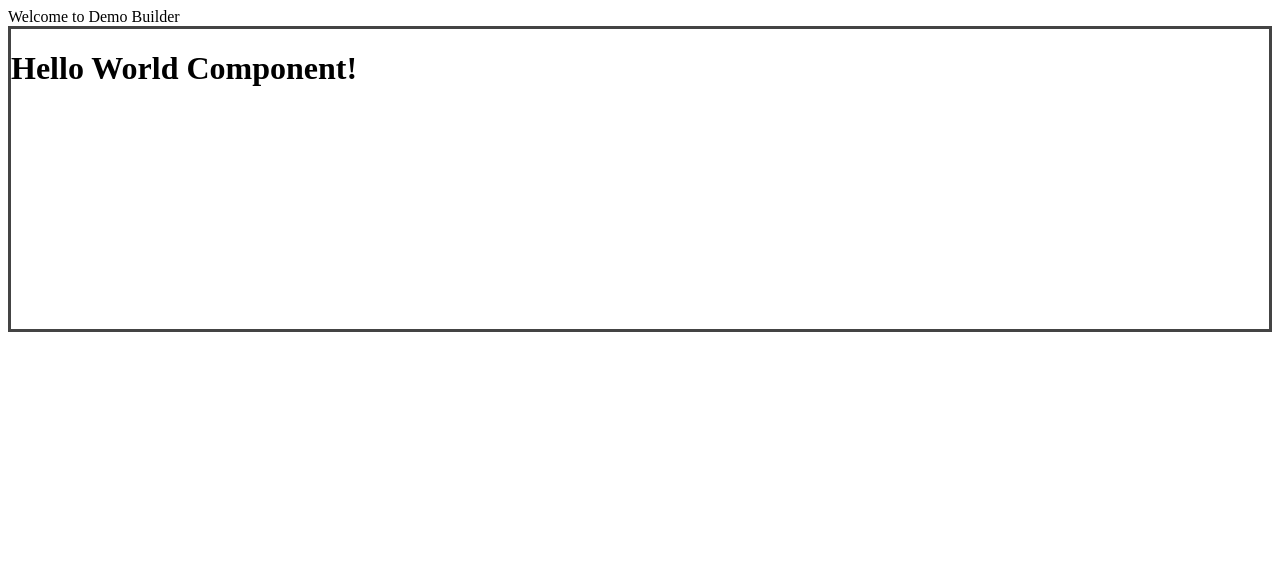
Repository: adityakulkarni000/DemoBuilder
Page: index.html
The author's editor kept a copy of each file at every save. The page is drawn from the files as they stood at one save, then again after the next save.
The browser window is 1280 px wide. The pictures show the whole page.

Above is the page before, as saved 2022-06-19 00:23:35.

After the next save:
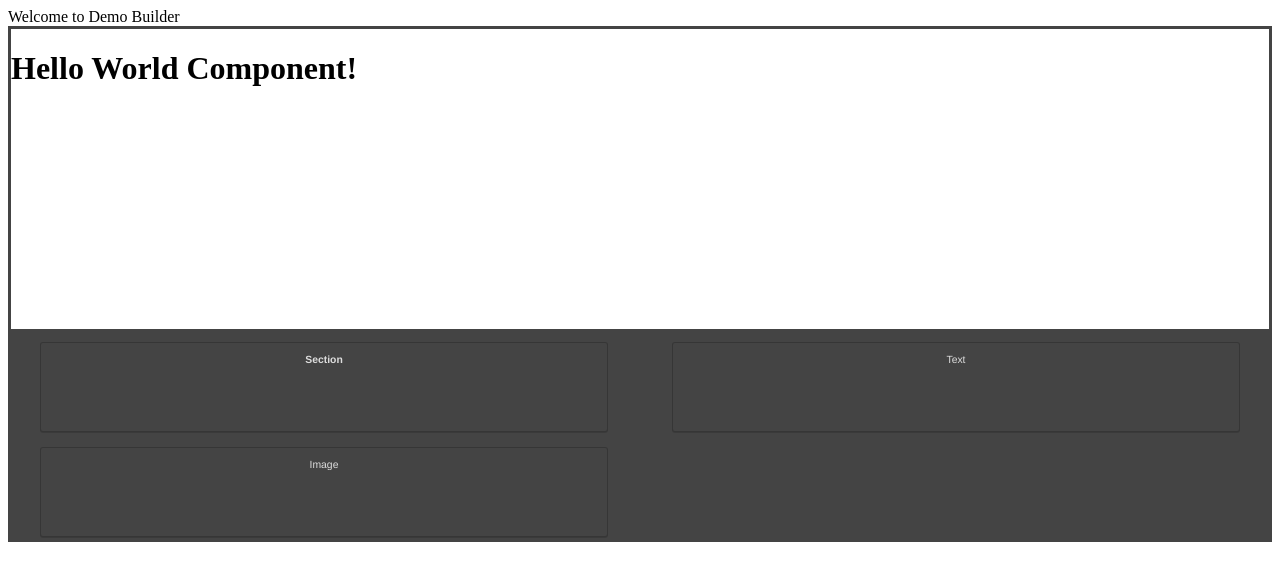
Saved 38 min 11 s later.
--- a/index.html
+++ b/index.html
@@ -46,6 +46,36 @@
       storageManager: false,
       // Avoid any default panel
       panels: { defaults: [] },
+
+      blockManager: {
+    appendTo: '#blocks',
+    blocks: [
+      {
+        id: 'section', // id is mandatory
+        label: '<b>Section</b>', // You can use HTML/SVG inside labels
+        attributes: { class:'gjs-block-section' },
+        content: `<section>
+          <h1>This is a simple title</h1>
+          <div>This is just a Lorem text: Lorem ipsum dolor sit amet</div>
+        </section>`,
+      }, {
+        id: 'text',
+        label: 'Text',
+        content: '<div data-gjs-type="text">Insert your text here</div>',
+      }, {
+        id: 'image',
+        label: 'Image',
+        // Select the component once it's dropped
+        select: true,
+        // You can pass components as a JSON instead of a simple HTML string,
+        // in this case we also use a defined component type `image`
+        content: { type: 'image' },
+        // This triggers `active` event on dropped components and the `image`
+        // reacts by opening the AssetManager
+        activate: true,
+      }
+    ]
+  },
     });
   </script>
 </html>
